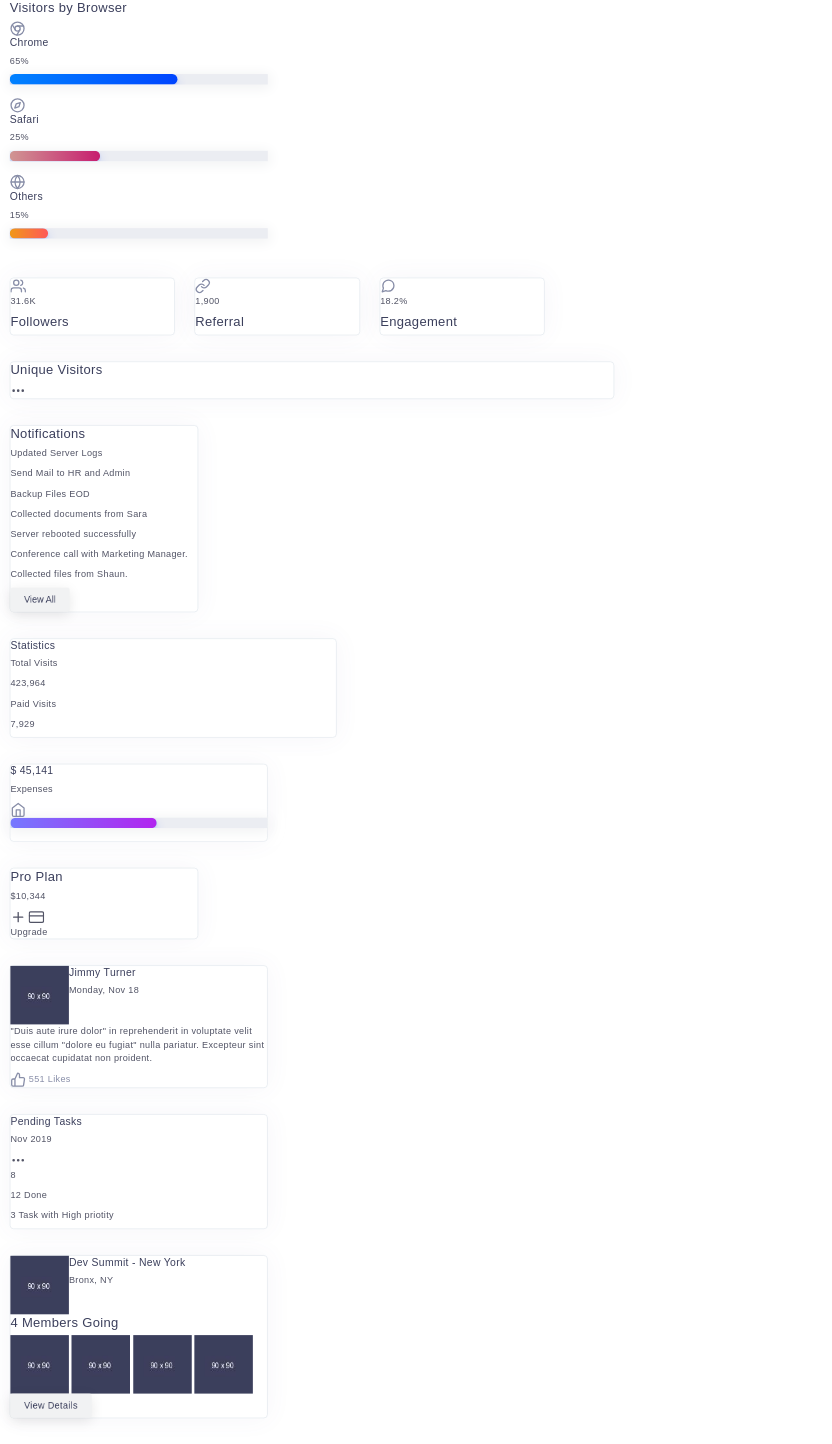
Repository: maruti-1607/corkadmin
Page: resources/views/dashboard/show.blade.php
These files come from the project's save history. The page is drawn as it stood at one moment and after the next save; the edit follows.
The browser window is 1280 px wide. The pictures show the whole page, at 65% of full size.
Some web fonts or font styles are not loaded; a fallback is used. The page is served by the project's Laravel application, run on PHP 8.4 with Laravel 8. Style sheets and scripts are compiled from the project's sources, by tool versions that may differ from the author's. The template is opened directly, without the code that normally fills it, so the values that code supplies are empty.

Above is the page before, as saved 2020-03-31 14:57:14.

After the next save:
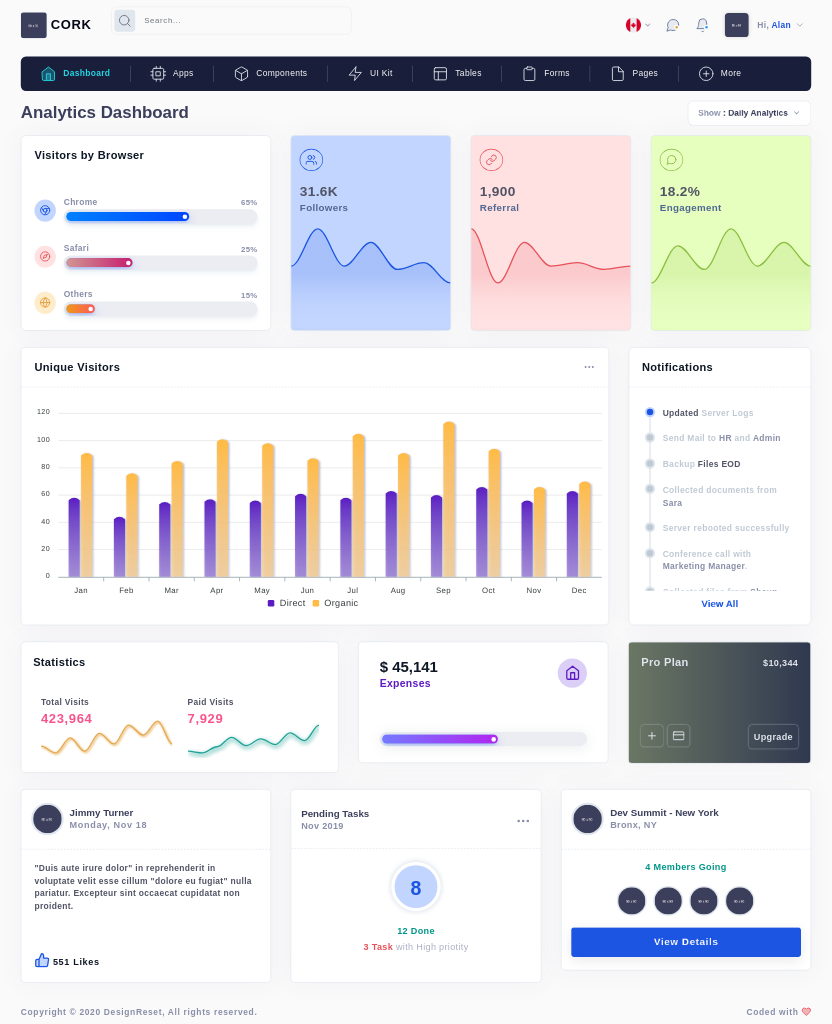
Saved 109 s later.
--- a/resources/views/dashboard/show.blade.php
+++ b/resources/views/dashboard/show.blade.php
@@ -1,4 +1,4 @@
-@extends('layouts.auth')
+@extends('layouts.admin')
 @section('content')
 
 <div class="col-xl-4 col-lg-6 col-md-6 col-sm-12 col-12 layout-spacing">
